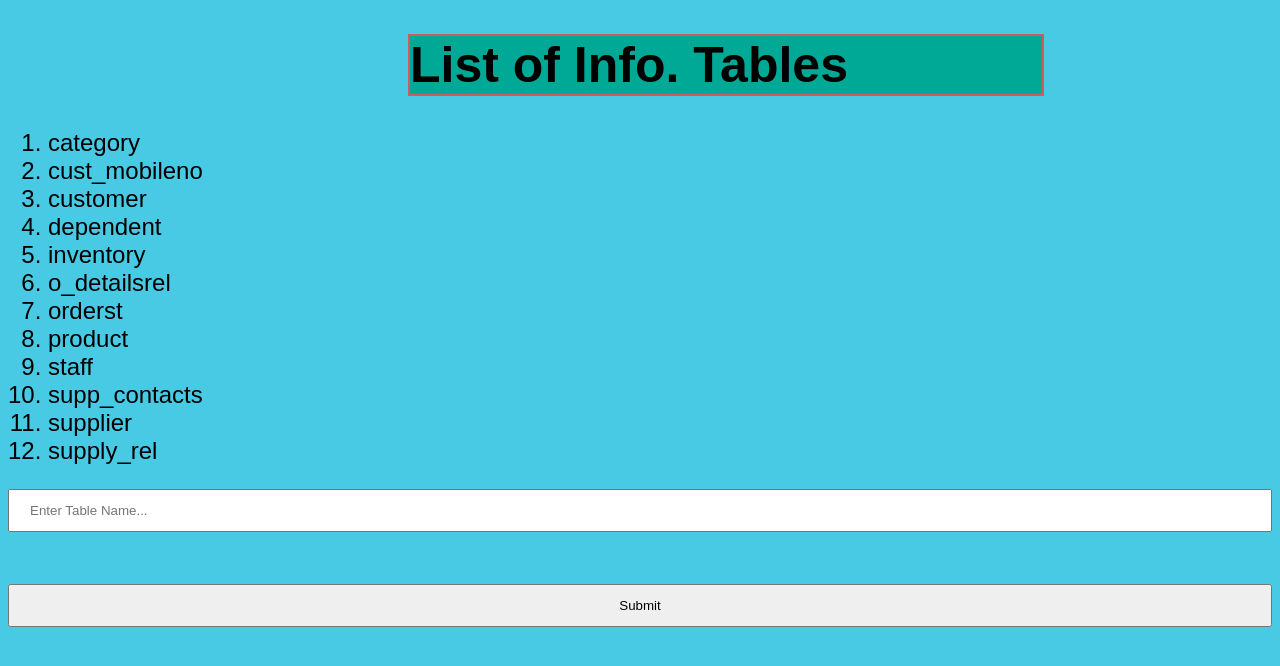
Repository: cyrusdwivedi2002/inventory-management-system
Page: DemoApp/src/main/webapp/view.html
These files come from the project's save history. The page is drawn as it stood at one moment and after the next save; the edit follows.
The browser window is 1280 px wide. The pictures show the whole page.
Some web fonts or font styles are not loaded; a fallback is used.

Above is the page before, as saved 2022-06-24 19:00:48.

After the next save:
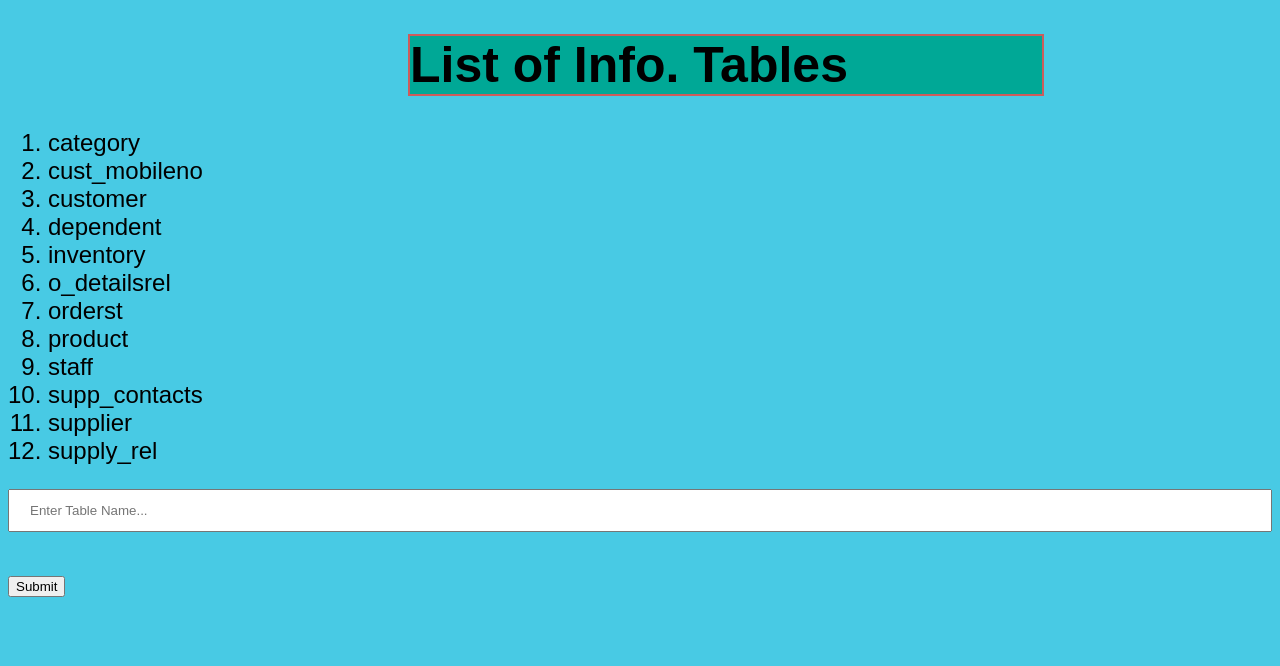
Saved 58 s later.
--- a/DemoApp/src/main/webapp/view.html
+++ b/DemoApp/src/main/webapp/view.html
@@ -57,7 +57,7 @@ input[type=text]:focus {
 	</ol>
 	 <input type="text" name="table_name" placeholder="Enter Table Name..."/>
 	 <br/><br/><br/>
-	  <input type="submit"/>
+	  <button>Submit</button>
 
 </form>
 
